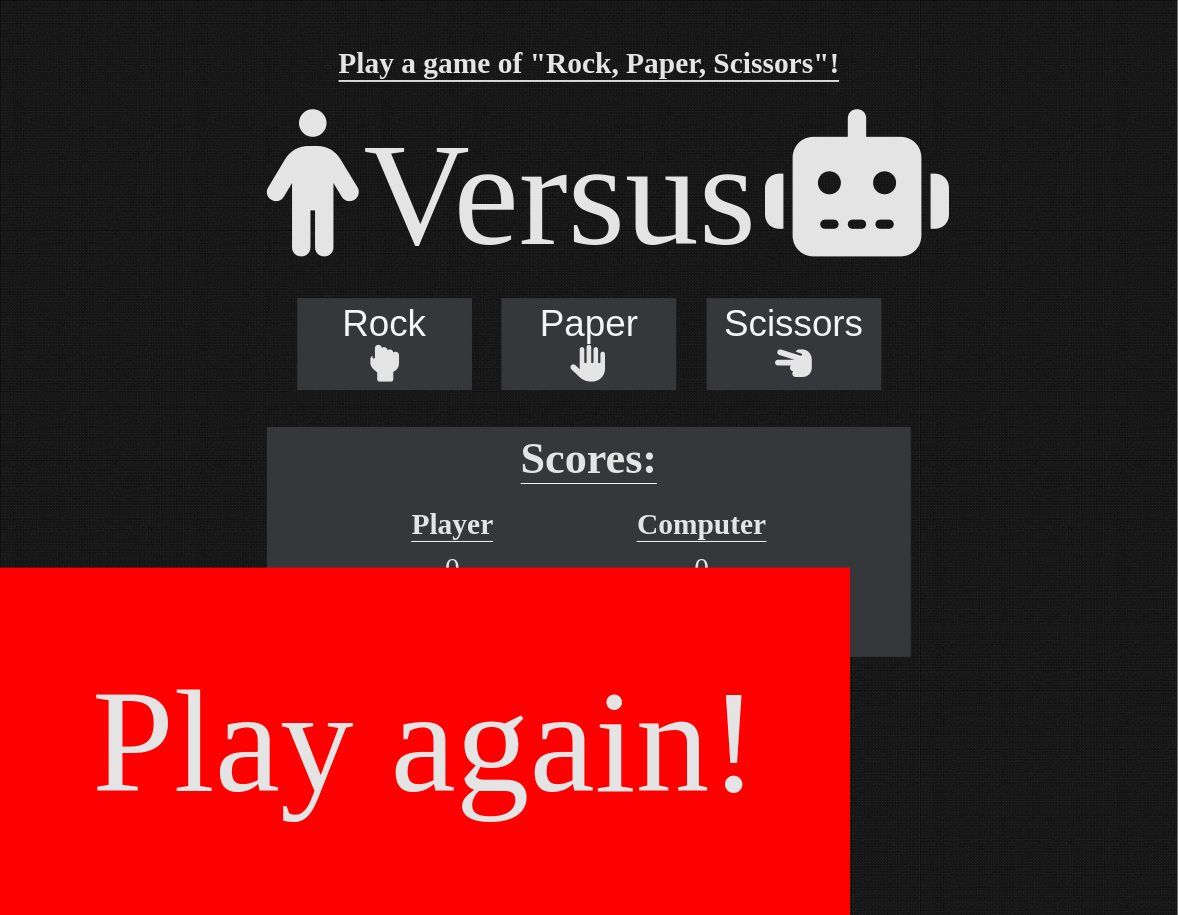
Repository: Pafestivo/rock-paper-scissors
Page: index.html
An editor plug-in stored every save of this project. The page is shown before and after a run of saves, followed by the edit.
The browser window is 1280 px wide. The pictures show the whole page, at 92% of full size.
Some web libraries are served in a nearby version.

Above is the page before, as saved 2022-10-15 11:55:32.

After the next 2 saves:
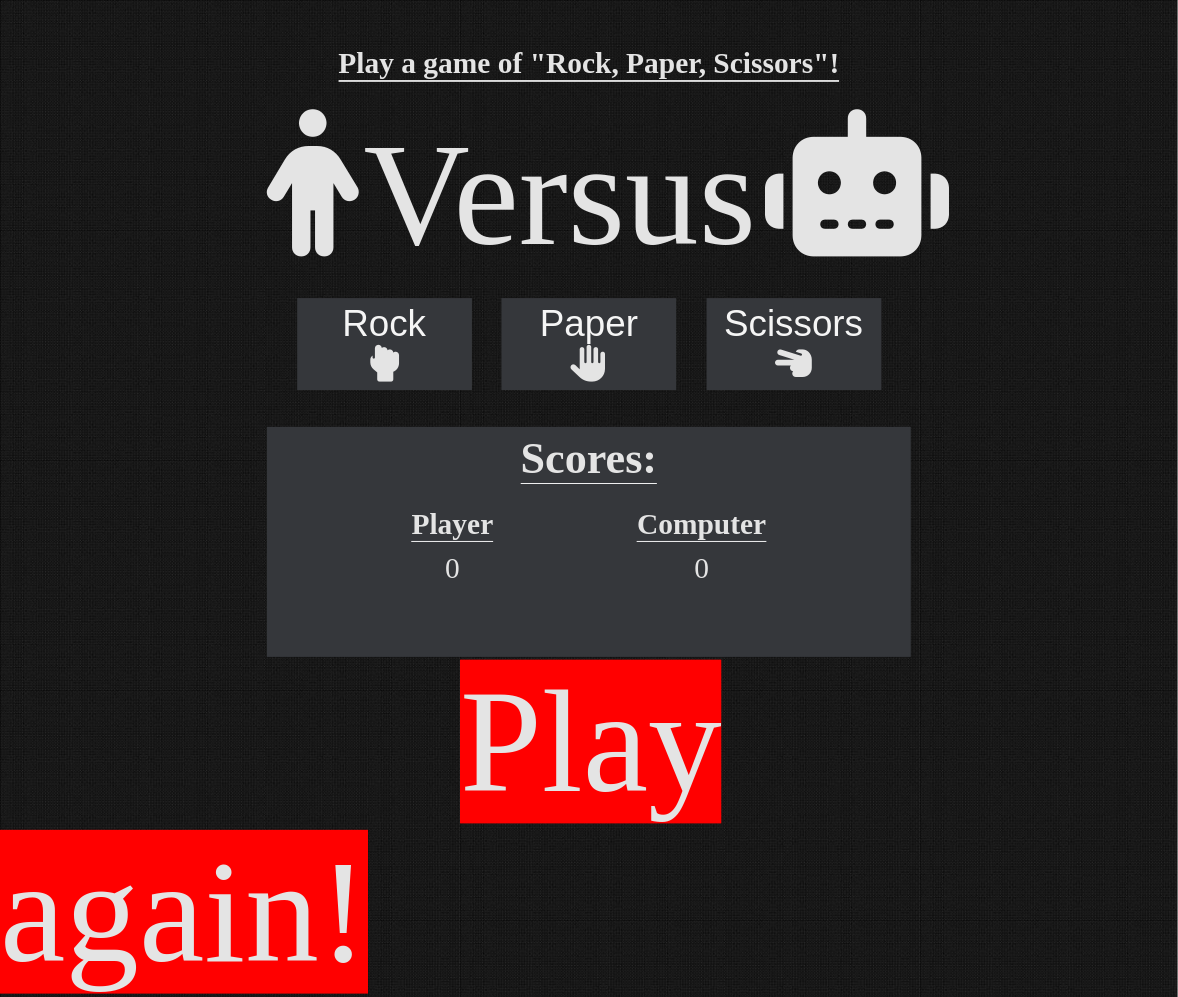
The 2 saves are shown as one change because they came seconds apart.
The last was saved 10 s later.
--- a/styles.css
+++ b/styles.css
@@ -135,6 +135,6 @@ a {
 
 #play-again {
   font-size: 10em;
-  padding: 100px;
+  margin: 500px;
   background-color: red;
 }
